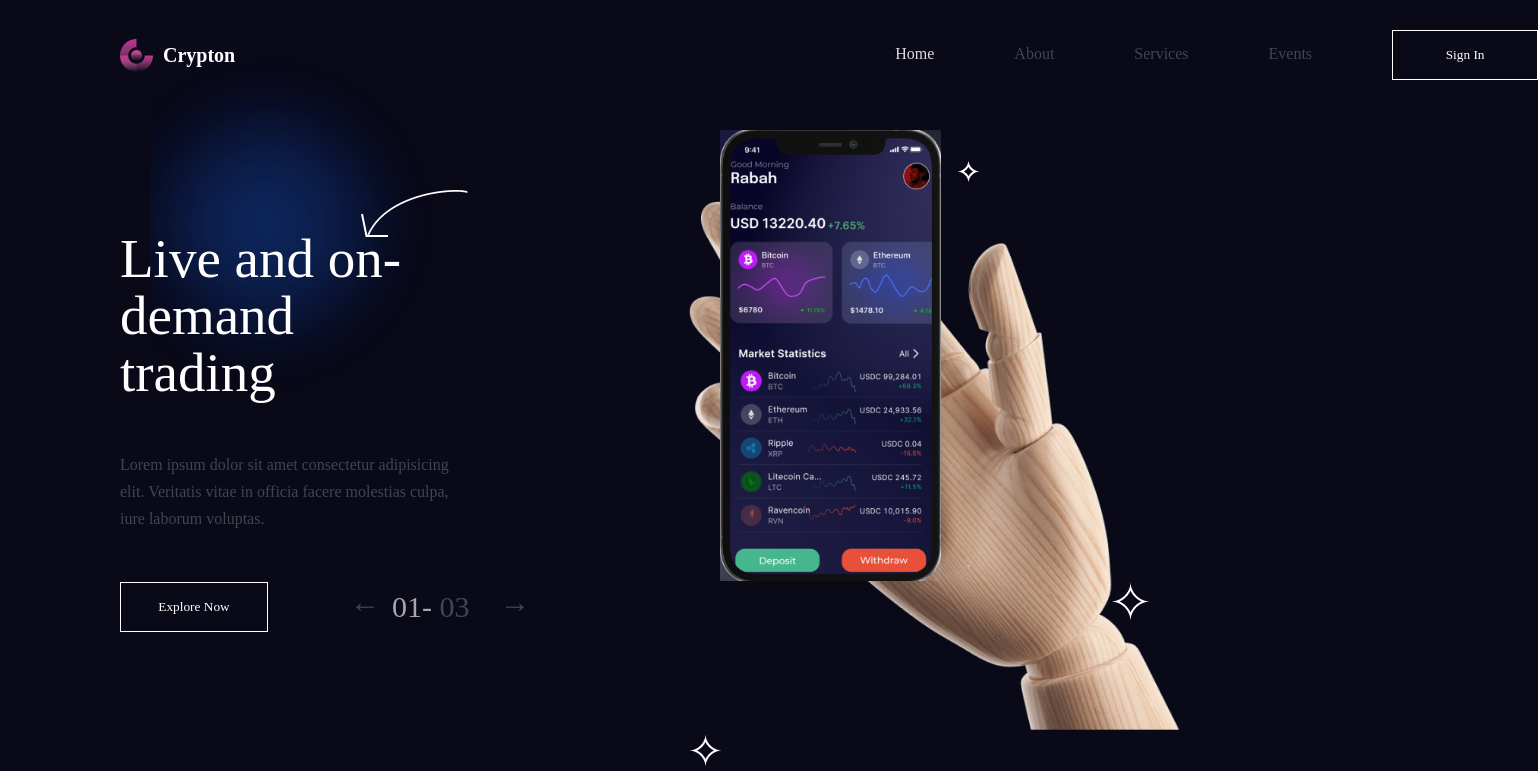
Repository: isaacCodes1/Crypton-Website
Page: index.html
An editor plug-in stored every save of this project. The page is shown before and after the next save, followed by the edit.
The browser window is 1280 px wide. The page is 1538 px wide, so the pictures cover 1538 px, including what lies to the right of the window. The pictures show the whole page.

Above is the page before, as saved 2024-05-14 21:15:41.

### index.html
<!DOCTYPE html>
<html lang="en">
  <head>
    <meta charset="UTF-8" />
    <meta name="viewport" content="width=device-width, initial-scale=1.0" />
    <link rel="stylesheet" href="style.css" />
    <title>Crypton HomePage</title>
  </head>
  <body>
    <header>
      <nav>
        <div class="headerGen">
          <div class="logo">
            <img class="logoImage" src="/Assets/Group 605.png" alt="" />
            <p class="logoText">Crypton</p>
            <ul>
              <li>Home</li>
              <li style="color: #d6d5d54a">About</li>
              <li style="color: #d6d5d54a">Services</li>
              <li style="color: #d6d5d54a">Events</li>
              <button class="sign">Sign In</button>
            </ul>
          </div>
        </div>
      </nav>
    </header>
    <section>
      <div class="firstSectionGeneral">
        <div class="liveTexts">
          <h1 class="liveText"><span><img class="shadow" src="/Assets/shadow.png" alt=""></span><span><img class="arrow" src="/Assets/Arrow_03.png" alt=""></span>Live and on-demand trading</h1>
          <p class="lorem">
            Lorem ipsum dolor sit amet consectetur adipisicing elit. Veritatis
            vitae in officia facere molestias culpa, iure laborum voluptas.
          </p>
          <button class="explore">Explore Now</button>
          <span class="rArrow">&#8592;</span>
          <p class="innerP">01- <span class="theBrownNumber">03</span></p>
          <span class="lArrow">&#8594;</span>
        </div>
      </div>
    </section>
    <section>
      <div class="handDiv">
        <div class="woodenHand">
          <img class="wood" src="/Assets/rabat.png
          " alt="">
          <img class="hand" src="/Assets/Hand.png" alt="">
          <img class="five" src="/Assets/Star 5.png" alt="">
          <img class="six" src="/Assets/Star 7.png" alt="">
          <img class="eight" src="/Assets/Star 8.png" alt="">
        </div>
      </div>
    </section>
  </body>
</html>

### style.css
    * {
    margin: 0;
    padding: 0;
    box-sizing: border-box;
    font-family: "poppins";
    }
body{
    background-color: rgb(9, 9, 24);
}
/* NavBar */
.logo {
    display: flex;
    align-items: center;
    gap: 10px;
    padding-top: 30px;
    margin-left: 120px;
    margin-bottom: 150px;
    cursor: pointer;
}
.logoText{
    font-size: 20px;
    color: #fff;
    margin-right: 650px;
    font-weight: 600;
}
.logo ul{
    display: flex;
    color: #dedcdc;
    list-style: none;
    gap: 80px;
    display: flex;
    align-items: center;
    cursor: pointer;
}
    .logo ul li {
        list-style: none;
        display: inline-block;
        /* padding: 8px 12px; */
        position: relative;
    }
    .logo ul li::after {
        content: "";
        width: 0%;
        height: 2px;
        background: #fff;
        display: block;
        margin: auto;
        transition: 0.5s;
    }
    .logo ul li:hover::after {
        width: 70%;
    }

.sign{
    width: 146px;
    height: 50px;
    border: 1px solid #fff;
    background: transparent;
    color: #fff;
    cursor: pointer;
}
/* Landing Page */
.liveTexts{
    /* display: flex; */
}
.liveText{
    display: flex;
    flex-direction: column;
    font-size: 55px;
    width: 340px;
    line-height: 57px;
    color: #fff;
    margin-left: 120px;
    font-weight: normal;
    margin-bottom: 50px;
}
.shadow{
    width: 25%;
    position: absolute;
    top: 20px;
    left: 150px;
    z-index: -1;
}
.lorem{
    color: #d6d5d54a;
    width: 27%;
    margin-left: 120px;
    line-height: 27px;
    margin-bottom: 50px;
}
.explore{
    margin-left: 120px;
    width: 148px;
    height: 50px;
    background: transparent;
    color: #fff;
    border: 1px solid #fff;
}
.arrow{
    position: absolute;
    top: 120px;
    left: 320px;
}
.rArrow{
    position: absolute;
    font-size: 30px;
    top: 585px;
    left: 350px;
    margin-right: 200px;
    color: #d6d5d54a;
    display: flex;
    align-items: center;
}
.lArrow{
    position: absolute;
    font-size: 30px;
    top: 585px;
    left: 500px;
    color: #d6d5d54a;
    display: flex;
    align-items: center;
}
.innerP{
    position: absolute;
    left: 392px;
    top: 590px;
    color: #ffffffa4;
    font-size: 30px;
}
.theBrownNumber{
    color: #d6d5d54a;
}
/* Wooden Hand Image */
.handDiv{
    display: flex;
    position: absolute;
    top: 190px;
    right: 100px;
}
.hand{
    height: 75vh;
    width: 100%;
}
.wood{
    position: absolute;
    right: 239px;
    top: -60px;
    width: 45%;
}
.five{
    position: absolute;
    right: 30px;
    bottom: 150px;
}
.eight{
    position: absolute;
    right: 200px;
    top: -30px;
}

After the next save:
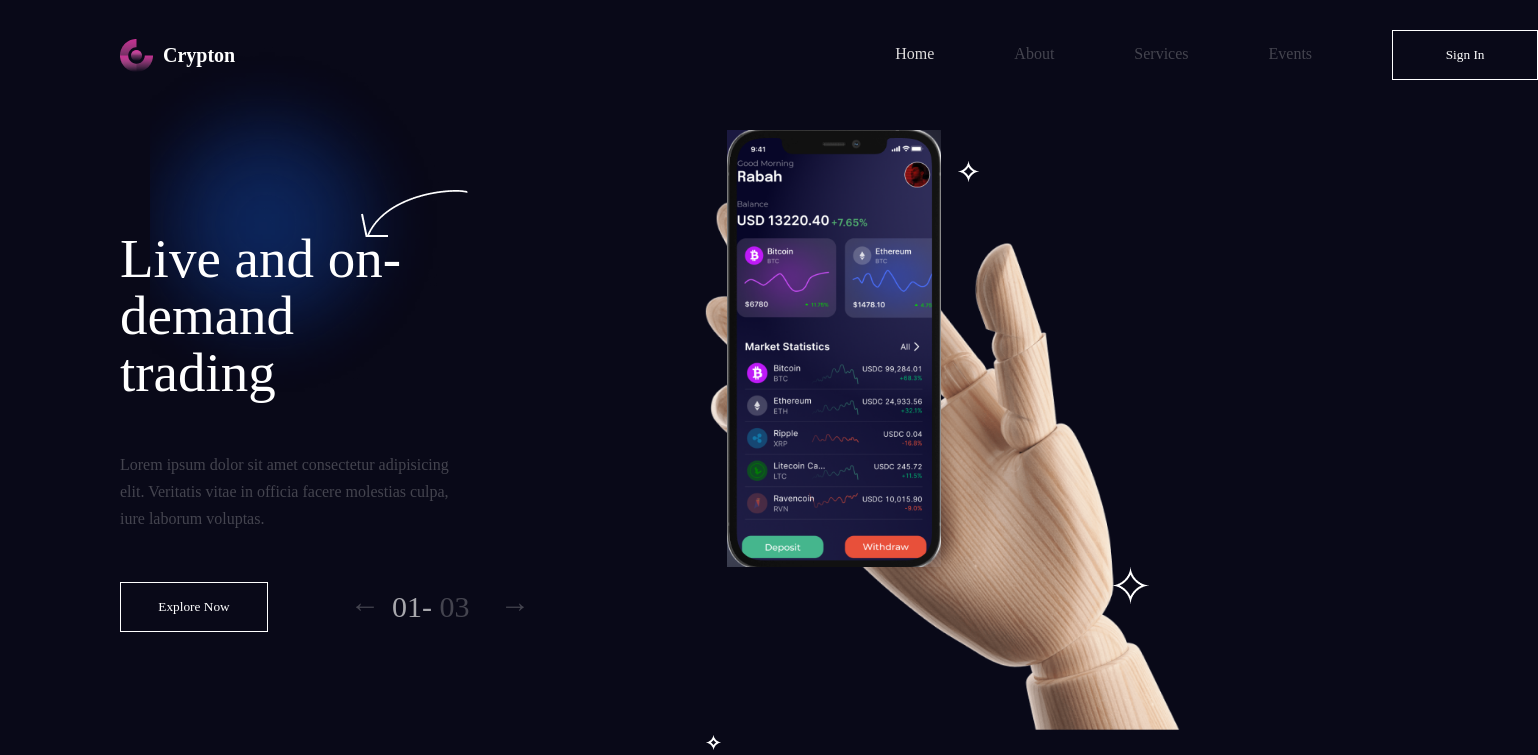
Saved 5 s later.
--- a/index.html
+++ b/index.html
@@ -46,7 +46,7 @@
           " alt="">
           <img class="hand" src="/Assets/Hand.png" alt="">
           <img class="five" src="/Assets/Star 5.png" alt="">
-          <img class="six" src="/Assets/Star 7.png" alt="">
+          <img class="six" src="/Assets/Star 9.png" alt="">
           <img class="eight" src="/Assets/Star 8.png" alt="">
         </div>
       </div>
